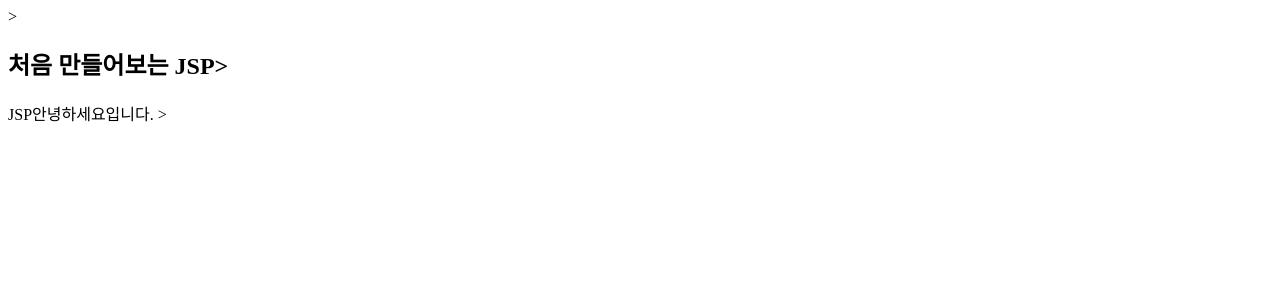
Repository: seonminpark100/jsp.ser
Page: http://localhost/MustHaveJSP/HelloJSP.jsp
The author's editor kept a copy of each file at every save. The page is drawn from the files as they stood at one save, then again after the next save.
The browser window is 1280 px wide. The pictures show the whole page.
The page is served by Tomcat 10. Other server files are loaded and not shown.

Above is the page before, as saved 2025-05-02 02:19:06.

### MustHaveJSP/src/main/webapp/HelloJSP.jsp
<%@ page language="java" contentType="text/html; charset=UTF-8"
    pageEncoding="UTF-8"%>
<%
 	String str1 = "JSP";
	String str2 = "안녕하세요";
%>>
<!DOCTYPE html>
<html>
	<head>
	<meta charset="UTF-8">
	<title>Hello JSP</title>
	</head>
	<body>
		<h2>처음 만들어보는 <%=str1 %>></h2>
		<p>
		<% out.println(str1 + str2 + "입니다."); %>>
		</p>
	</body>
</html>

After the next save:
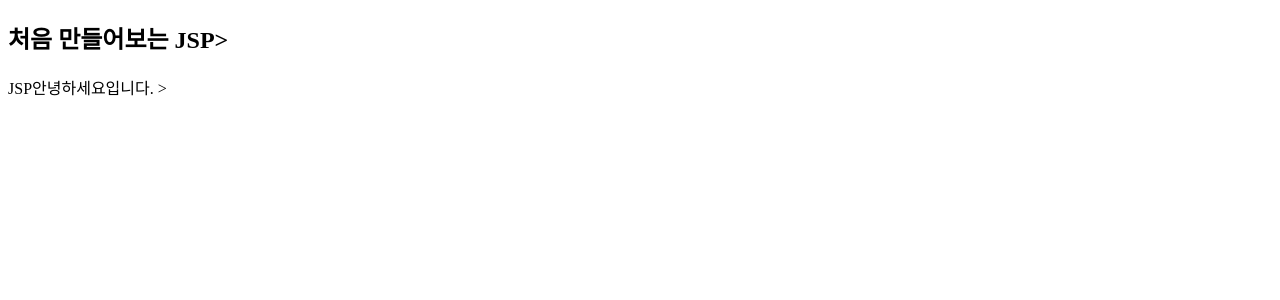
Saved 3 min 28 s later.
--- a/MustHaveJSP/src/main/webapp/HelloJSP.jsp
+++ b/MustHaveJSP/src/main/webapp/HelloJSP.jsp
@@ -3,7 +3,7 @@
 <%
  	String str1 = "JSP";
 	String str2 = "안녕하세요";
-%>>
+%>
 <!DOCTYPE html>
 <html>
 	<head>
